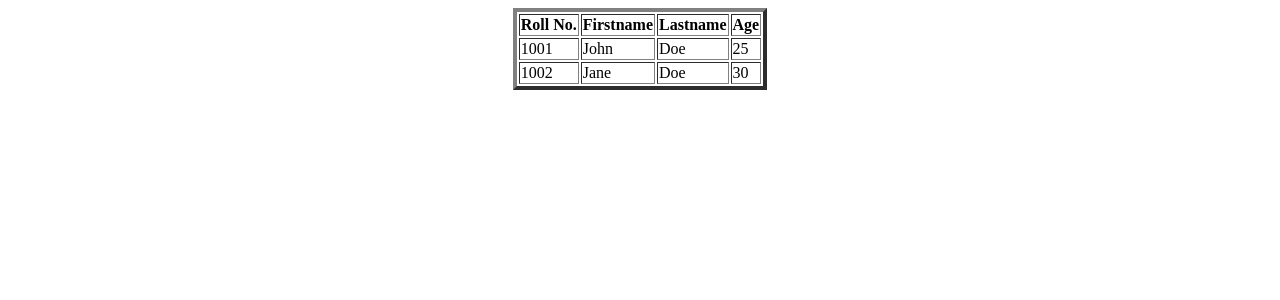
Repository: ankitgujre01/HTMLgeeks
Page: table.html
An editor plug-in stored every save of this project. The page is shown before and after the next save, followed by the edit.
The browser window is 1280 px wide. The pictures show the whole page.

Above is the page before, as saved 2025-09-03 23:10:05.

After the next save:
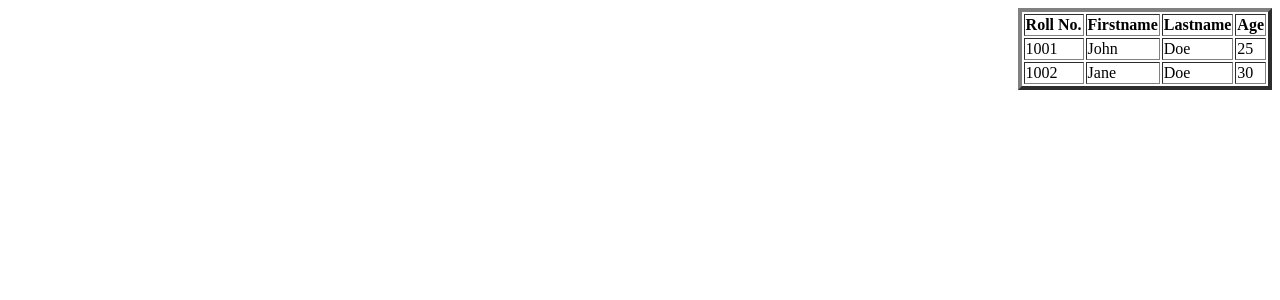
Saved 25 s later.
--- a/table.html
+++ b/table.html
@@ -4,7 +4,7 @@
         <title>Table</title>
     </head>
     <body>
-        <table border="4" align="center">
+        <table border="4" align="right">
             <th>Roll No.</th>
             <th>Firstname</th>
             <th>Lastname</th>
